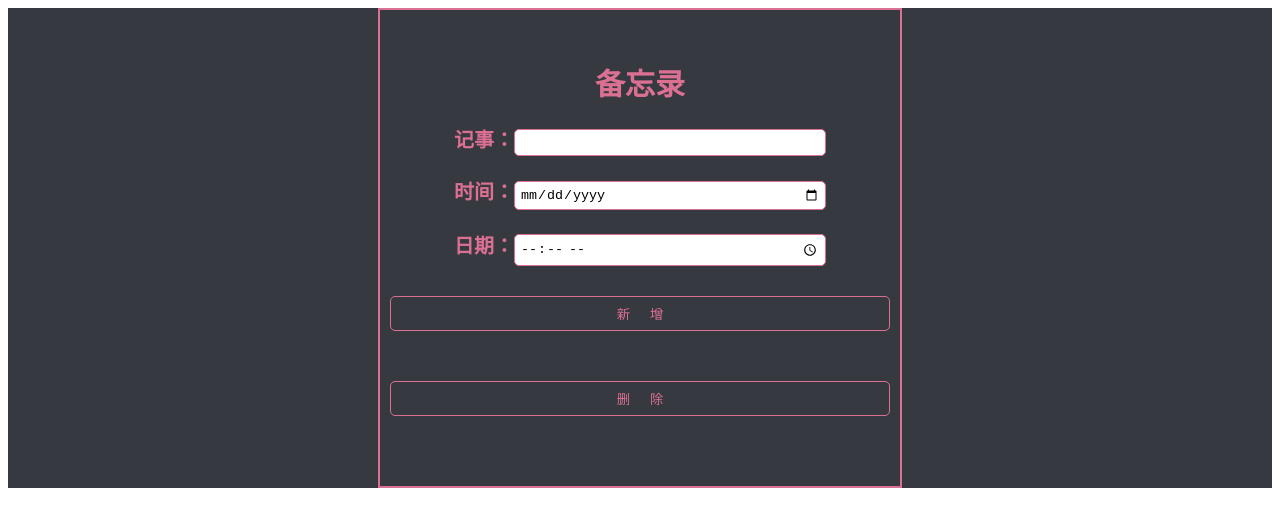
Repository: ErosHai/ReactDemo
Page: /
The author's editor kept a copy of each file at every save. The page is drawn from the files as they stood at one save, then again after the next save.
The browser window is 1280 px wide. The pictures show the whole page.
The project was rebuilt for these pictures with package versions that can differ from the ones it lists, and the page was loaded fresh each time. Also part of the build but not shown: src/pages/Home/components/Item/index.js.

Above is the page before, as saved 2022-03-17 21:41:07.

After the next save:
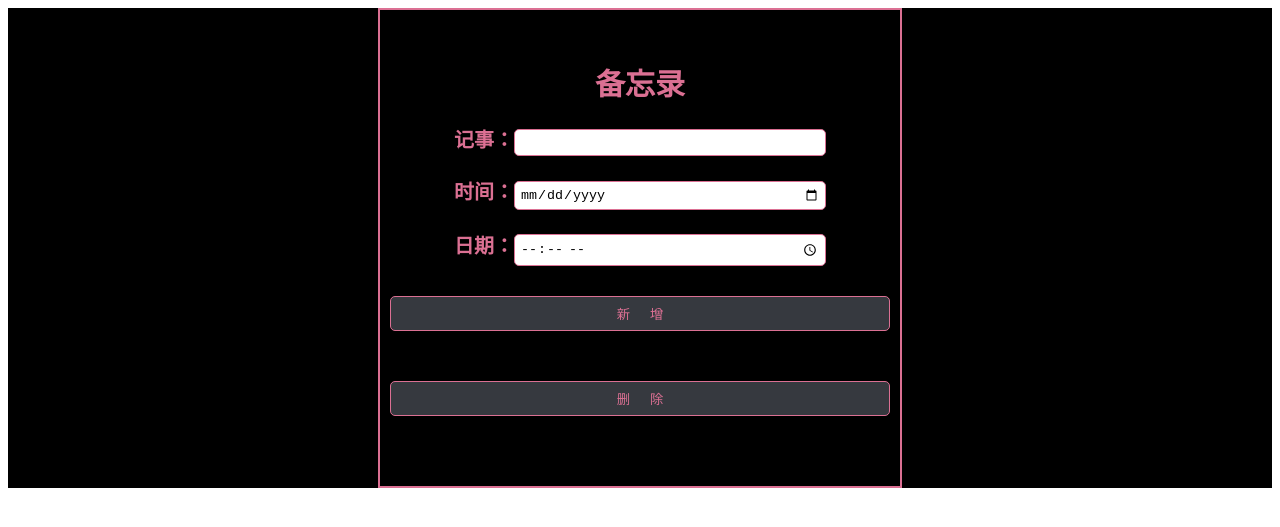
Saved 11 s later.
--- a/src/pages/Home/index.js
+++ b/src/pages/Home/index.js
@@ -14,7 +14,7 @@ const Container = styled.h1`
 	color: palevioletred;
 `
 const Body = styled.body`
-	background-color: #36393f;
+	background-color: black;
 	margin: 0;
 	padding: 0;
 `
